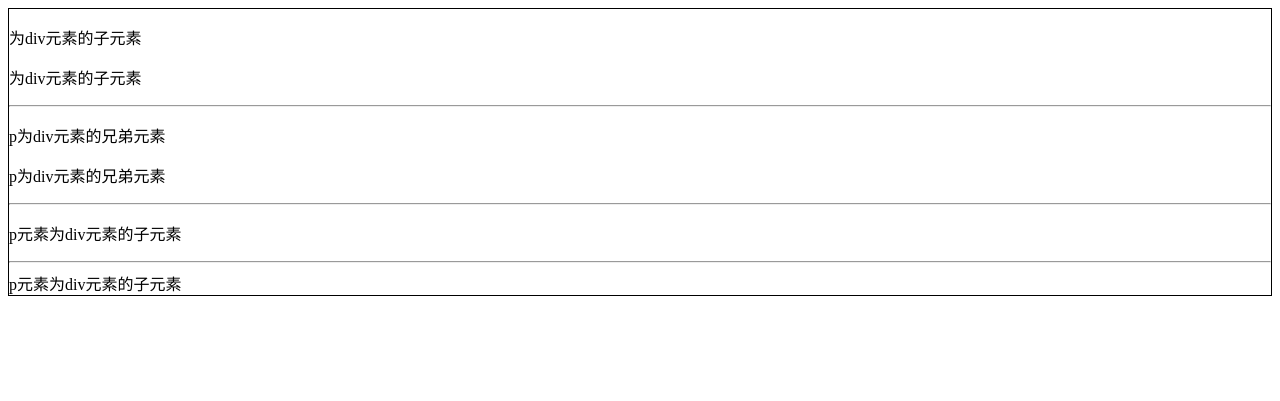
Repository: zdsherlock/HtmlCssLearn
Page: CSS/test-attSelect/index6.html
The author's editor kept a copy of each file at every save. The page is drawn from the files as they stood at one save, then again after the next save.
The browser window is 1280 px wide. The pictures show the whole page.

Above is the page before, as saved 2021-05-07 20:52:04.

### CSS/test-attSelect/index6.html
<!DOCTYPE html>
<html lang="en">
<head>
    <meta charset="UTF-8">
    <meta http-equiv="X-UA-Compatible" content="IE=edge">
    <meta name="viewport" content="width=device-width, initial-scale=1.0">
    <title>通用兄弟元素选择器 E-F</title>
    <style>
        .container {
            border: 1px solid black;
        }

    </style>
</head>
<body>
    <div class="container">
        <div>
            <p>为div元素的子元素</p>
            <p>为div元素的子元素</p>
        </div>
        <hr />
        <p>p为div元素的兄弟元素</p>
        <p>p为div元素的兄弟元素</p>
        <hr />
        <p>p元素为div元素的子元素</p>
        <hr />
        <div>p元素为div元素的子元素</div>
    </div>
</body>
</html>

After the next save:
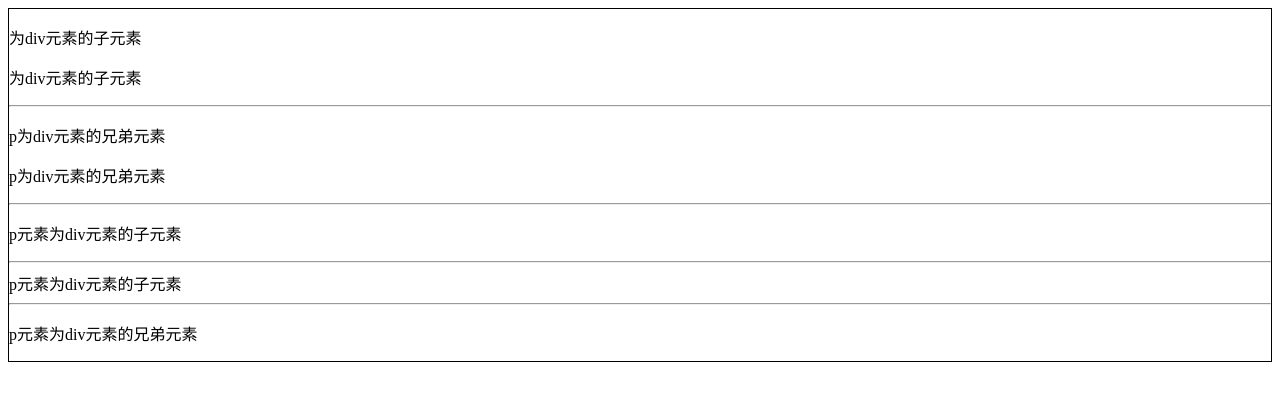
Saved 26 s later.
--- a/CSS/test-attSelect/index6.html
+++ b/CSS/test-attSelect/index6.html
@@ -25,6 +25,8 @@
         <p>p元素为div元素的子元素</p>
         <hr />
         <div>p元素为div元素的子元素</div>
+        <hr />
+        <p>p元素为div元素的兄弟元素</p>
     </div>
 </body>
 </html>
